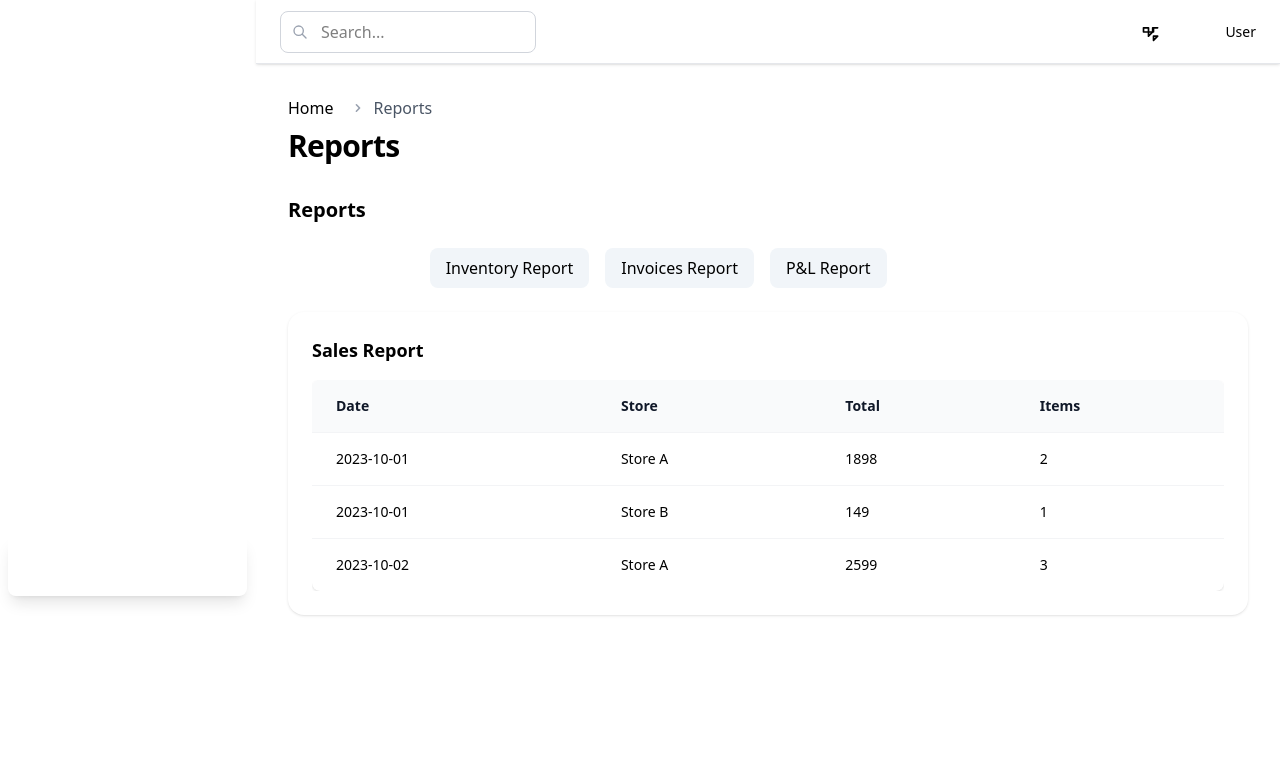
Repository: Ndegwa2/MulistorePOS
Page: /, after clicking the first element matching `nav.mt-4 > :nth-child(8)`
The author's editor kept a copy of each file at every save. The page is drawn from the files as they stood at one save, then again after the next save.
The browser window is 1280 px wide. The pictures show the whole page.
The project was rebuilt for these pictures with package versions that can differ from the ones it lists, and the page was loaded fresh each time. Also part of the build but not shown: vite.config.js, Frontend/EditModal.jsx, Frontend/DeleteConfirm.jsx, Frontend/subcategory.jsx, Frontend/brand.jsx, Frontend/productPanel.jsx, Frontend/stockPanel.jsx, Frontend/salesPanel.jsx and 4 more.

Above is the page before, as saved 2025-10-03 20:37:53.

After the next save:
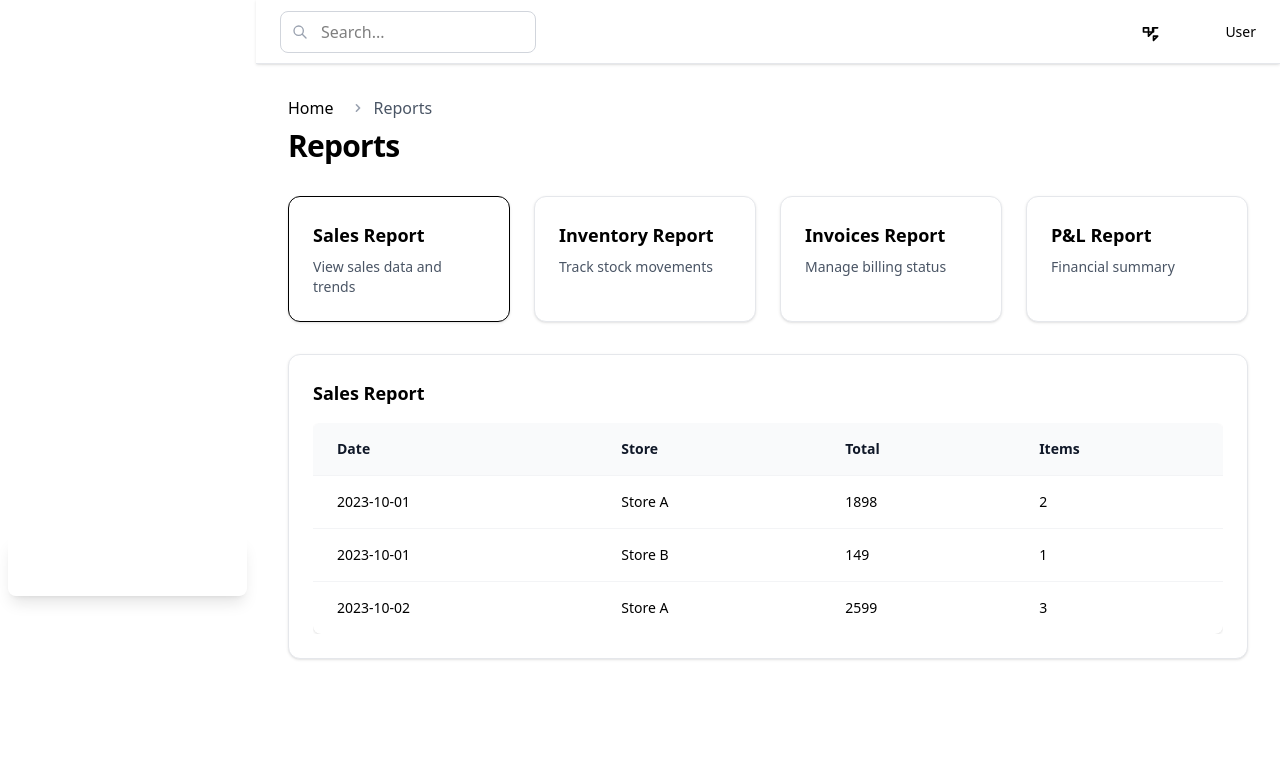
Saved 11 s later.
--- a/Frontend/reportsPanel.jsx
+++ b/Frontend/reportsPanel.jsx
@@ -73,23 +73,29 @@ export default function ReportsPanel() {
 
   return (
     <div className="text-text font-sans">
-      <h2 className="text-xl font-semibold mb-6">Reports</h2>
-
-      {/* Tabs */}
-      <div className="flex gap-4 mb-6">
-        {["Sales", "Inventory", "Invoices", "P&L"].map(tab => (
-          <button
-            key={tab}
-            onClick={() => setActiveTab(tab.toLowerCase())}
-            className={`px-4 py-2 rounded-lg ${activeTab === tab.toLowerCase() ? "bg-primary text-white" : "bg-slate-100"}`}
+      {/* Report Cards */}
+      <div className="grid grid-cols-1 md:grid-cols-2 lg:grid-cols-4 gap-6 mb-8">
+        {[
+          { key: "sales", label: "Sales Report", desc: "View sales data and trends" },
+          { key: "inventory", label: "Inventory Report", desc: "Track stock movements" },
+          { key: "invoices", label: "Invoices Report", desc: "Manage billing status" },
+          { key: "p&l", label: "P&L Report", desc: "Financial summary" },
+        ].map(report => (
+          <div
+            key={report.key}
+            onClick={() => setActiveTab(report.key)}
+            className={`bg-white rounded-xl shadow-sm border p-6 cursor-pointer transition-all hover:shadow-md hover:scale-105 ${
+              activeTab === report.key ? "border-primary shadow-primary/20" : "border-gray-200"
+            }`}
           >
-            {tab} Report
-          </button>
+            <h3 className="text-lg font-semibold mb-2">{report.label}</h3>
+            <p className="text-sm text-gray-600">{report.desc}</p>
+          </div>
         ))}
       </div>
 
       {/* Report Content */}
-      <div className="bg-white rounded-2xl shadow p-6">
+      <div className="bg-white rounded-xl shadow-sm border border-gray-200 p-6">
         {activeTab === "sales" && (
           <div>
             <h3 className="text-lg font-semibold mb-4">Sales Report</h3>
